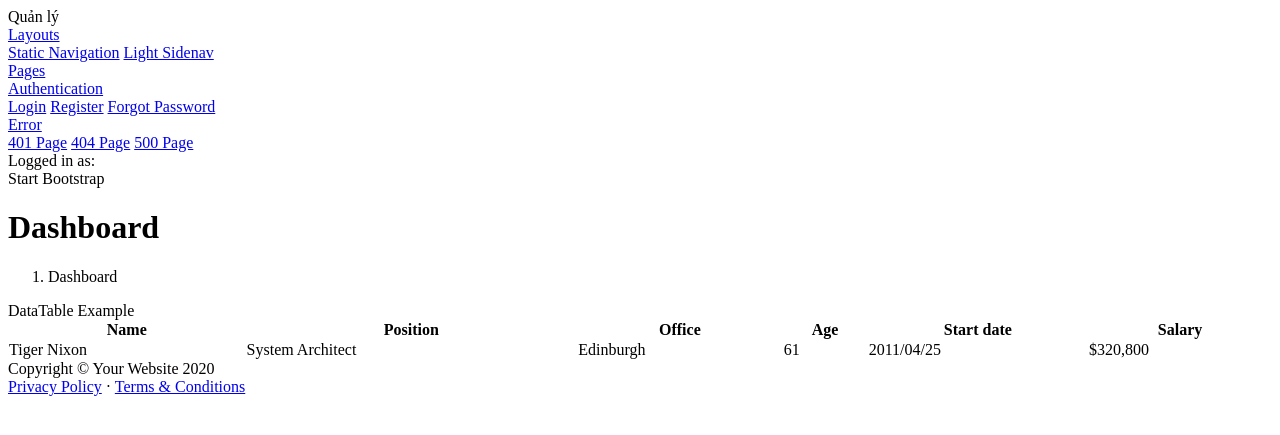
Repository: tampkqn123/springmvc-news
Page: http://localhost/web-news-springmvc/WEB-INF/views/admin/home.jsp
These files come from the project's save history. The page is drawn as it stood at one moment and after the next save; the edit follows.
The browser window is 1280 px wide. The pictures show the whole page.
The page is served by Tomcat 9. Nobody is signed in. The template is opened directly, without the code that normally fills it, so the values that code supplies are empty.

Above is the page before, as saved 2020-09-10 04:50:42.

After the next save:
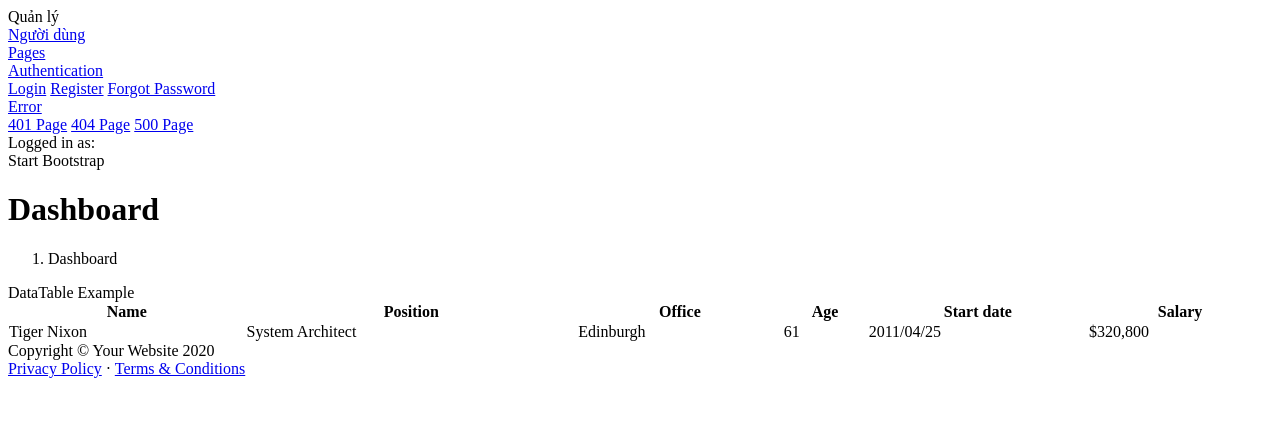
Saved 2 min 6 s later.
--- a/web-news-springmvc/src/main/webapp/WEB-INF/views/admin/home.jsp
+++ b/web-news-springmvc/src/main/webapp/WEB-INF/views/admin/home.jsp
@@ -17,21 +17,12 @@
 						<a class="nav-link collapsed" href="#" data-toggle="collapse"
 							data-target="#collapseLayouts" aria-expanded="false"
 							aria-controls="collapseLayouts">
-							<div class="sb-nav-link-icon">
-								<i class="fas fa-columns"></i>
-							</div> Layouts
+							Người dùng
 							<div class="sb-sidenav-collapse-arrow">
 								<i class="fas fa-angle-down"></i>
 							</div>
 						</a>
-						<div class="collapse" id="collapseLayouts"
-							aria-labelledby="headingOne" data-parent="#sidenavAccordion">
-							<nav class="sb-sidenav-menu-nested nav">
-								<a class="nav-link" href="layout-static.html">Static
-									Navigation</a> <a class="nav-link" href="layout-sidenav-light.html">Light
-									Sidenav</a>
-							</nav>
-						</div>
+
 						<a class="nav-link collapsed" href="#" data-toggle="collapse"
 							data-target="#collapsePages" aria-expanded="false"
 							aria-controls="collapsePages">
